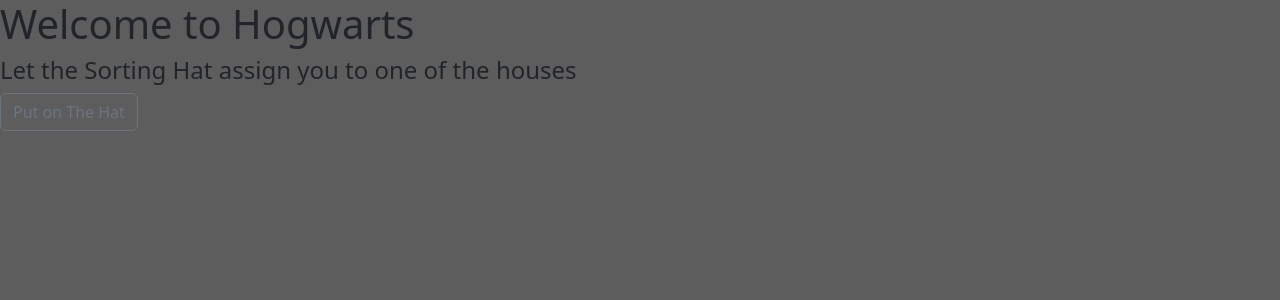
Repository: fernandabenavides618nash/INDIVIDUAL-PROJECT-sorting-hat
Page: index.html
An editor plug-in stored every save of this project. The page is shown before and after the next save, followed by the edit.
The browser window is 1280 px wide. The pictures show the whole page.

Above is the page before, as saved 2023-05-04 14:26:08.

### index.html
<!DOCTYPE html>
<html lang="en">
<head>
  <meta charset="UTF-8">
  <meta http-equiv="X-UA-Compatible" content="IE=edge">
  <meta name="viewport" content="width=device-width, initial-scale=1.0">
  <title>sorting hat</title>
  <link href="https://cdn.jsdelivr.net/npm/bootstrap@5.3.0-alpha3/dist/css/bootstrap.min.css" rel="stylesheet"            integrity="sha384-KK94CHFLLe+nY2dmCWGMq91rCGa5gtU4mk92HdvYe+M/SXH301p5ILy+dN9+nJOZ" crossorigin="anonymous">
  <link rel="stylesheet" href="main.css">
</head>
<body>
  <div class="intro" id="intro-screen"></div>
  <div class="form" id="form-div"></div>
  <div class="school" id="school-div"></div>
  <div class="app" id="app"></div>
  <script src="https://cdn.jsdelivr.net/npm/bootstrap@5.3.0-alpha3/dist/js/bootstrap.bundle.min.js" integrity="sha384-ENjdO4Dr2bkBIFxQpeoTz1HIcje39Wm4jDKdf19U8gI4ddQ3GYNS7NTKfAdVQSZe" crossorigin="anonymous"></script>
  <script src="main.js"></script>
</body>
</html>

### main.css
body{
  background-color:#5d5d5d;
}

.into {
  background-color: maroon;
  display: flex;
  justify-content: center;

}

### main.js
console.log("here");

// Data

const army = [];

const houses = [
  {
    number: 1,
    name: "Gryffindor",
    color: "red",
  },
  {
    number: 2,
    name: "Hufflepuff",
    color: "yellow",
  },
  {
    number: 3,
    name: "Ravenclaw",
    color: "blue",
  },
  {
    number: 4,
    name: "Slytherin",
    color: "green",
  },
];

const voldemort = [
  {
    name: "'Voldemort's Army",
    color: "black",
  },
];

const formHtml = `<div  class="row gy-2 gx-3 align-items-center">
    <div class="col-auto">
      <label class="visually-hidden" for="name">Name</label>
      <input type="text" class="form-control" id="name" placeholder="Jane Doe">
    </div>
      <button id="sort" class="btn btn-primary" >Sort!</button>
    </div>
  </div>`;

const renderToDom = (divId, htmlToRender) => {
  const selectedDivId = document.querySelector(divId); // a variable that stores the desired div (first parameter)
  selectedDivId.innerHTML = htmlToRender; // applies the .innerHTML property to the variable that stores the desired div and results in the htmlToRender (second parameter)
};

const addRenderToDom = (divId, htmlToRender) => {
  const selectedDivId = document.querySelector(divId); // a variable that stores the desired div (first parameter)
  selectedDivId.innerHTML += htmlToRender; // applies the .innerHTML property to the variable that stores the desired div and results in the htmlToRender (second parameter)
};

const start = () => {
  const initialScreen = `<div><h1>Welcome to Hogwarts</h1></div><div><h4>Let the Sorting Hat assign you to one of the houses</h4></div><button type="button" class="btn btn-outline-secondary" id='startButton'>Put on The Hat</button>`;
  renderToDom("#intro-screen", initialScreen);
  const showFormButton = document.querySelector("#startButton");
  showFormButton.addEventListener("click", () => {
    const schoolString = `<div class="students" id="students-div"><h3>Hogwarts</h3></div>
    <div class="expelled" id="expelled-div"><h3>Voldemorts</h3></div>`
    renderToDom('#school-div', schoolString)
    renderToDom("#form-div", formHtml);
    const btnSort = document.querySelector('#sort')
    btnSort.addEventListener('click', () => {
      const name = document.querySelector('#name').value
      createNewStudent(name)
    })

  });
};
start();


const createNewStudent = (name) => {
  const houseNumber = Math.floor(Math.random() * 4)
  console.log(houseNumber)
  let houseName = ""
   houses.forEach(house => {
      if(house.number === houseNumber + 1){
        houseName += house.name
      }

   })
   createStudentCard(name, houseName)

}

const createStudentCard = (name, house) => {
  const domString = `<div class="card w-75">
  <div class="card-body">
    <h5 class="card-title">${name}</h5>
    <p class="card-text">${house}</p>
    <a href="#" class="btn btn-primary" id="btn${name}">Expel</a>
  </div>
</div>`
addRenderToDom('#students-div', domString)
const btn = document.querySelector(`#btn${name}`)
btn.addEventListener('click', () => {

})
}






/*const createNewStudent = () => {
  e.preventDefault();
  const newStudentCard = {
    name: document.querySelector("#name").value,
    house: Math.floor(Math.random() * 4),
    expel: document.querySelector("#expelId"),
  };
  students.push(newStudentCard);
};*/

/*const roster = (array) => {
  let domString = `<div class="card w-75">
  <div class="card-body">
    <h5 class="card-title">${students.name}</h5>
    <p class="card-text">${students.house}</p>
    <a href="#" class="btn btn-primary" id="expelId">Expel</a>
  </div>
</div>`;
};
*/

After the next save:
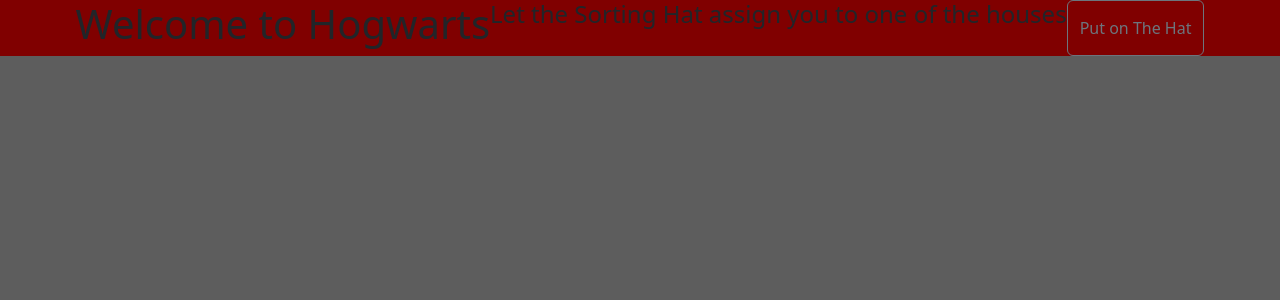
Saved 32 s later.
--- a/main.css
+++ b/main.css
@@ -2,7 +2,7 @@
   background-color:#5d5d5d;
 }
 
-.into {
+#intro-screen {
   background-color: maroon;
   display: flex;
   justify-content: center;
